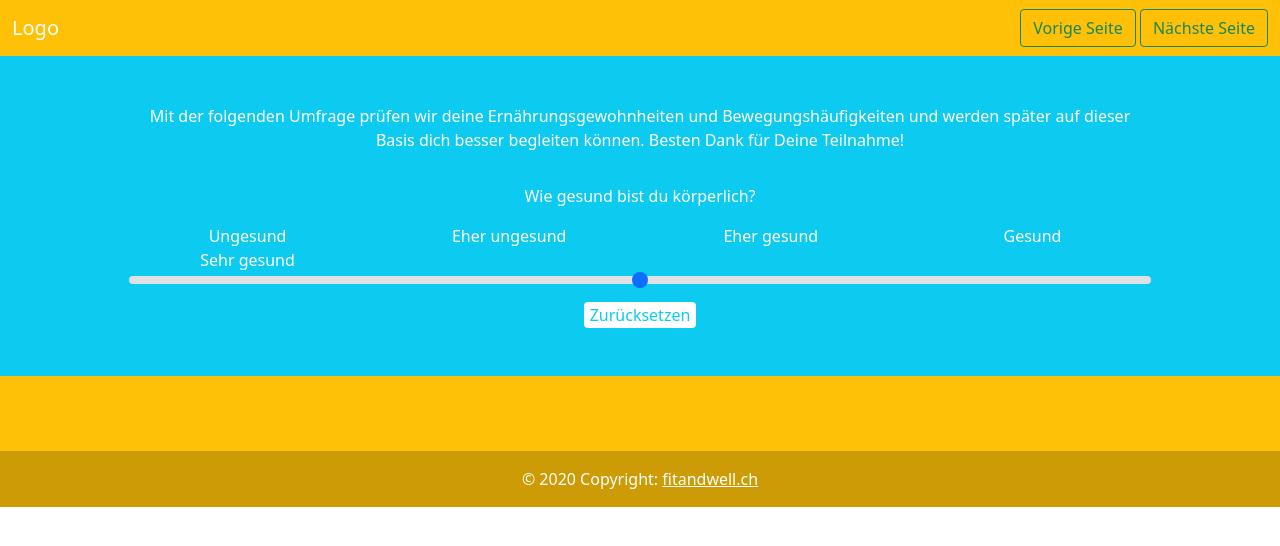
Repository: stephane71183101/Stephane-Personal-Health-Survey
Page: http://localhost/form-q01-start-page.php
These files come from the project's save history. The page is drawn as it stood at one moment and after the next save; the edit follows.
The browser window is 1280 px wide. The pictures show the whole page.
The page is run by PHP 8.4 with error messages shown; the project is at /var/www/html/.

Above is the page before, as saved 2022-03-15 22:11:04.

After the next save:
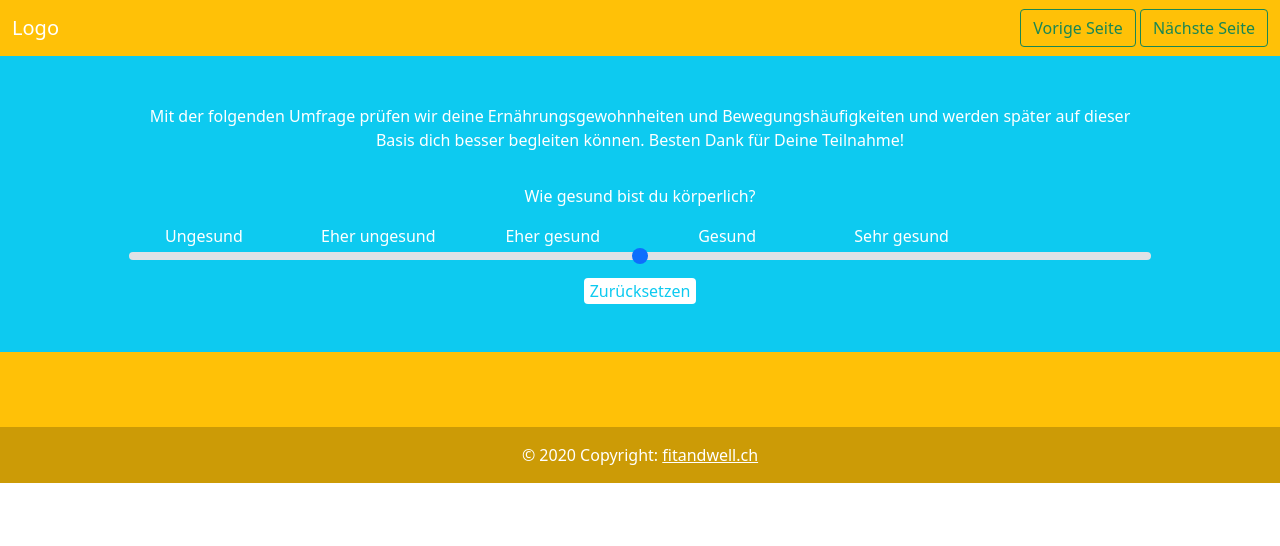
Saved 41 s later.
--- a/form-q01-start-page.php
+++ b/form-q01-start-page.php
@@ -35,11 +35,11 @@
         <form>
         <label for="customRange1" class="form-label pb-2">Wie gesund bist du körperlich?</label>
         <div class="row">
-        <div class="col-sm-3">Ungesund</div>
-        <div class="col-sm-3">Eher ungesund</div>
-        <div class="col-sm-3">Eher gesund</div>
-        <div class="col-sm-3">Gesund</div>
-        <div class="col-sm-3">Sehr gesund</div>
+        <div class="col-sm-2">Ungesund</div>
+        <div class="col-sm-2">Eher ungesund</div>
+        <div class="col-sm-2">Eher gesund</div>
+        <div class="col-sm-2">Gesund</div>
+        <div class="col-sm-2">Sehr gesund</div>
         </div>
         <input type="range" class="form-range pb-2" min="0" max="4" step="1" id="my-range">
         <input type="reset" class="border-0 bg-white rounded text-info" value="Zurücksetzen">
